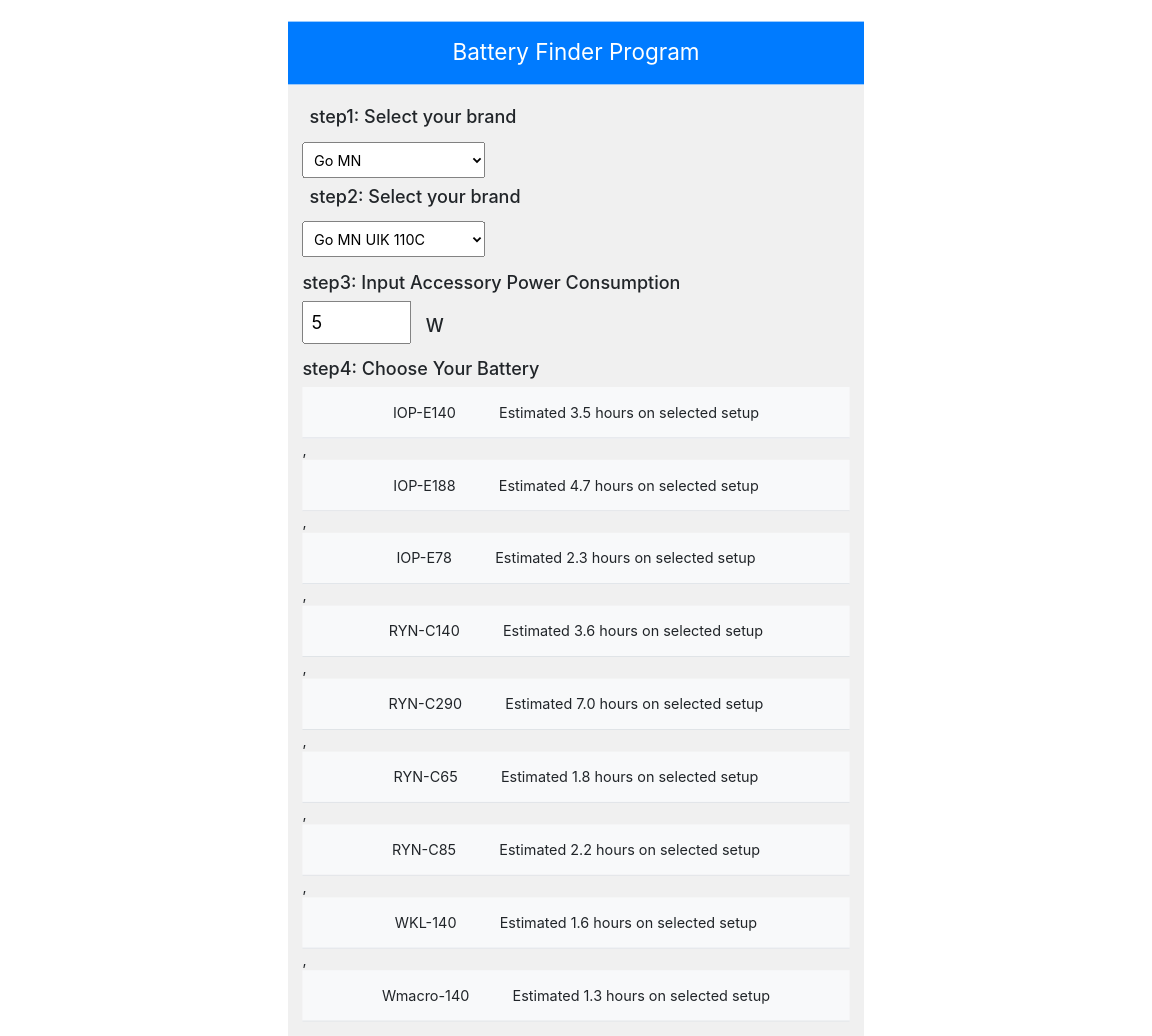
Repository: hashiz008/Battery-Finder-Program
Page: index.html
An editor plug-in stored every save of this project. The page is shown before and after the next save, followed by the edit.
The browser window is 1280 px wide. The pictures show the whole page, at 90% of full size.
After loading, the first visible `#step1` was changed once.

Above is the page before, as saved 2022-02-21 16:23:41.

After the next save:
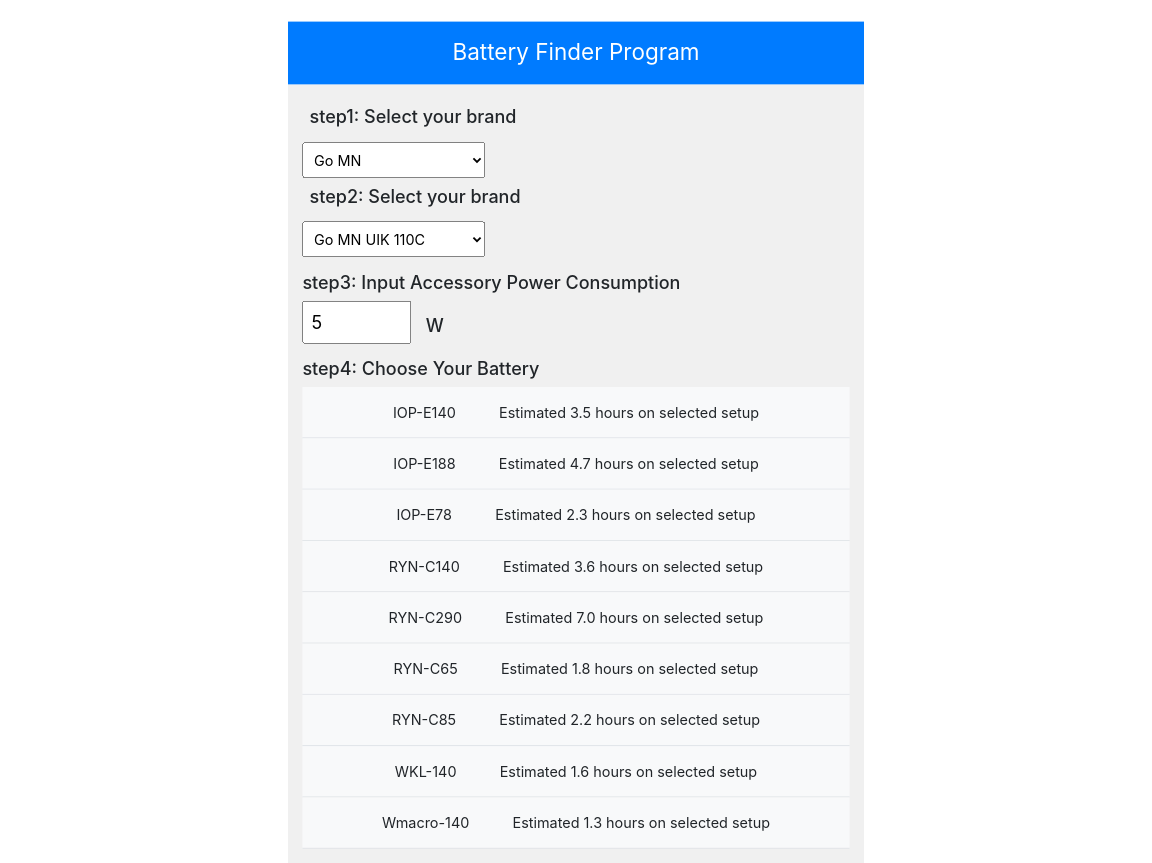
Saved 4 s later.
--- a/main.js
+++ b/main.js
@@ -336,7 +336,7 @@ class BatteryActioning {
                 res += results[i];
             }
             document.getElementById("step4").innerHTML = res;
-            document.getElementById("step4").innerHTML = results;
+            // document.getElementById("step4").innerHTML = results;
             })
         }
     }
